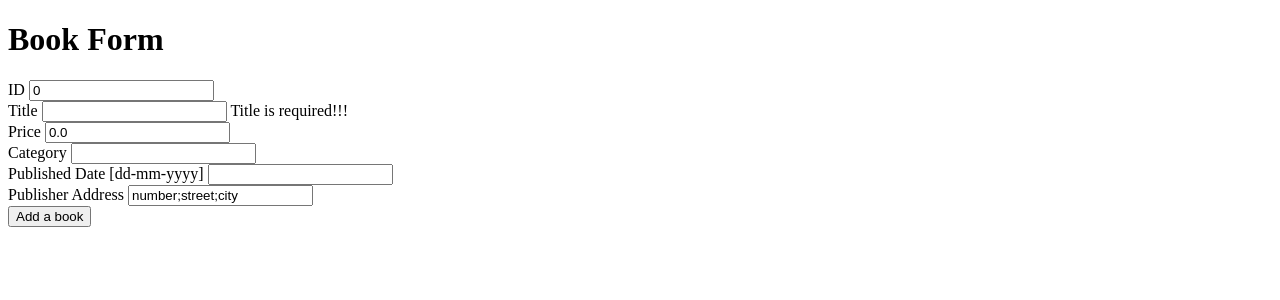
Repository: aradhyakasat/training_projects
Page: http://localhost/spring_basic/addBook.do
An editor plug-in stored every save of this project. The page is shown before and after the next save, followed by the edit.
The browser window is 1280 px wide. The pictures show the whole page.
The page is served by Tomcat 9. Other server files are loaded and not shown.

Above is the page before, as saved 2018-07-31 06:46:15.

### spring-eclipse-workspace/spring_basic/src/main/webapp/bookform.jsp
<%@ page language="java" contentType="text/html; charset=ISO-8859-1"
	pageEncoding="ISO-8859-1"%>
<%@ taglib uri="http://www.springframework.org/tags/form" prefix="form"%>
<!DOCTYPE html PUBLIC "-//W3C//DTD HTML 4.01 Transitional//EN" "http://www.w3.org/TR/html4/loose.dtd">
<html>
<head>
<style type="text/css">
.error {
	color: red;
	font-size: 12pt;
}
</style>
<meta http-equiv="Content-Type" content="text/html; charset=ISO-8859-1">
<title>Insert title here</title>
</head>
<body>
	<h1>Book Form</h1>
	<form:form commandName="book" action="addBook.do">
	ID <form:input path="id" />
		<form:errors path="id" cssClass="error" />
		<br />
	Title <form:input path="title" />
		<form:errors path="title" />
		<br />
	Price <form:input path="price" />
		<form:errors path="price" />
		<br />
	Category <form:input path="category" />
		<br />
	Published Date [dd-mm-yyyy] <form:input path="publishedDate" />
		<br />
	Publisher Address <form:input path="publisherAddress" />
		<br />

		<button type="submit">Add a book</button>
	</form:form>

</body>
</html>

### spring-eclipse-workspace/spring_basic/src/main/java/com/visa/prj/entity/Address.java
package com.visa.prj.entity;

public class Address {
	private String number;
	private String street;
	private String city;


	public Address() {
		super();
	}


	public Address(String number, String street, String city) {
		super();
		this.number = number;
		this.street = street;
		this.city = city;
	}


	public String getNumber() {
		return number;
	}


	public void setNumber(String number) {
		this.number = number;
	}


	public String getStreet() {
		return street;
	}


	public void setStreet(String street) {
		this.street = street;
	}


	public String getCity() {
		return city;
	}


	public void setCity(String city) {
		this.city = city;
	}



}

### spring-eclipse-workspace/spring_basic/src/main/java/com/visa/prj/web/AddressPropertyEditor.java
package com.visa.prj.web;

import java.beans.PropertyEditorSupport;

import com.visa.prj.entity.Address;

public class AddressPropertyEditor extends PropertyEditorSupport {

	private Address address;

	@Override
	public String getAsText() {
		if(address==null) {
			return "number;street;city";
		}

		return address.getNumber()+";"+ address.getStreet()+";"+address.getCity();
	}

	@Override
	public void setAsText(String text) throws IllegalArgumentException {
		String [] data=text.split(";");
		address=new Address();
		address.setNumber(data[0]);
		address.setStreet(data[1]);
		address.setCity(data[2]);
		setValue(address);
	}



}

After the next save:
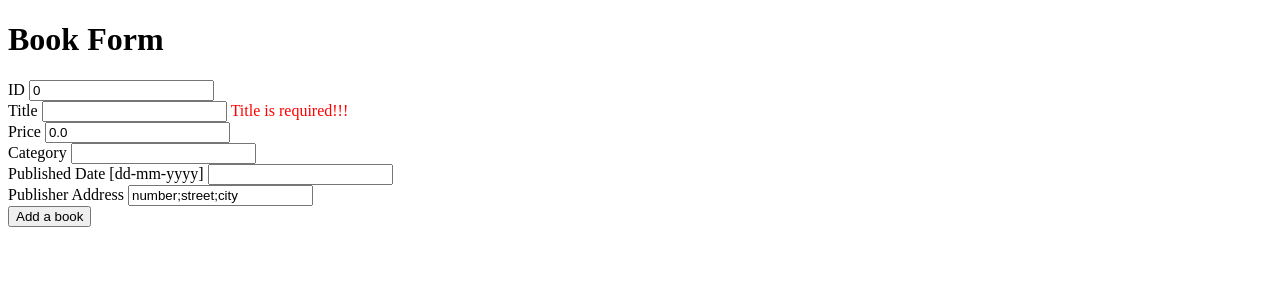
Saved 22 s later.
--- a/spring-eclipse-workspace/spring_basic/src/main/webapp/bookform.jsp
+++ b/spring-eclipse-workspace/spring_basic/src/main/webapp/bookform.jsp
@@ -20,10 +20,10 @@
 		<form:errors path="id" cssClass="error" />
 		<br />
 	Title <form:input path="title" />
-		<form:errors path="title" />
+		<form:errors path="title" cssClass="error" />
 		<br />
 	Price <form:input path="price" />
-		<form:errors path="price" />
+		<form:errors path="price" cssClass="error"  />
 		<br />
 	Category <form:input path="category" />
 		<br />
